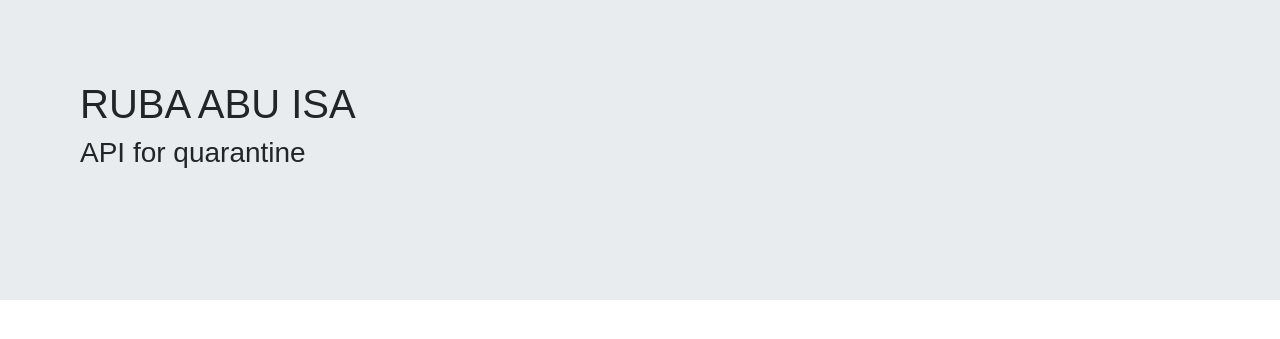
Repository: rubaabu/Fullstack-bitberry
Page: server/index.html
The author's editor kept a copy of each file at every save. The page is drawn from the files as they stood at one save, then again after the next save.
The browser window is 1280 px wide. The pictures show the whole page.

Above is the page before, as saved 2020-04-02 15:48:23.

### server/index.html
<!DOCTYPE html>
<html lang="en">
<head>
    <meta charset="UTF-8">
    <meta name="viewport" content="width=device-width, initial-scale=1.0">
    <title>Ruba</title>

    <link rel="stylesheet" type="text/css" href="style.css">
    <link rel="stylesheet" href="https://stackpath.bootstrapcdn.com/bootstrap/4.4.1/css/bootstrap.min.css" integrity="sha384-Vkoo8x4CGsO3+Hhxv8T/Q5PaXtkKtu6ug5TOeNV6gBiFeWPGFN9MuhOf23Q9Ifjh" crossorigin="anonymous">
</head>
<body>
    <header>
        <div class="header">
            <h1>RUBA ABU ISA</h1>
            <h3>API for quarantine</h3>
        </div>
    </header>
</body>
</html>

### server/style.css
header {
    background-color: #E9ECEF;
    height: 300px;
    padding-left: 80px;
    padding-top: 80px;
}
header .header {
    font-family: sans-serif;
}

After the next save:
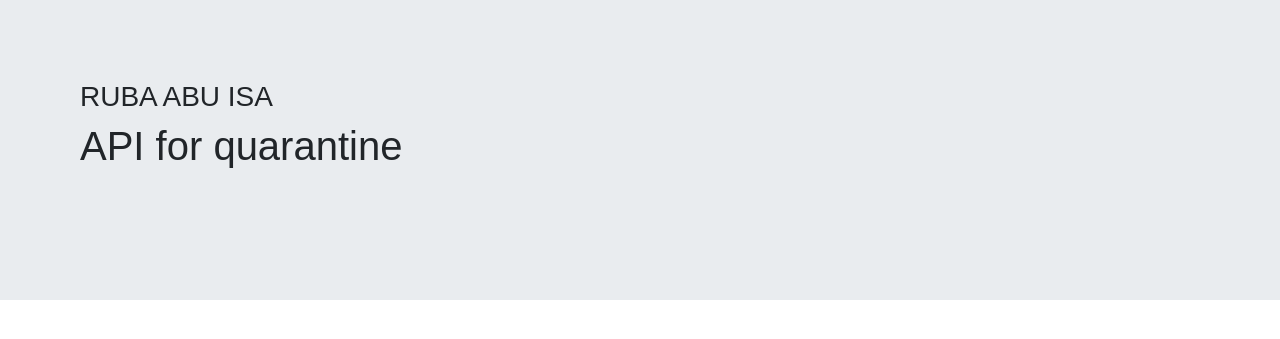
Saved 64 s later.
--- a/server/index.html
+++ b/server/index.html
@@ -11,8 +11,8 @@
 <body>
     <header>
         <div class="header">
-            <h1>RUBA ABU ISA</h1>
-            <h3>API for quarantine</h3>
+            <h3>RUBA ABU ISA</h3>
+            <h1>API for quarantine</h1>
         </div>
     </header>
 </body>
